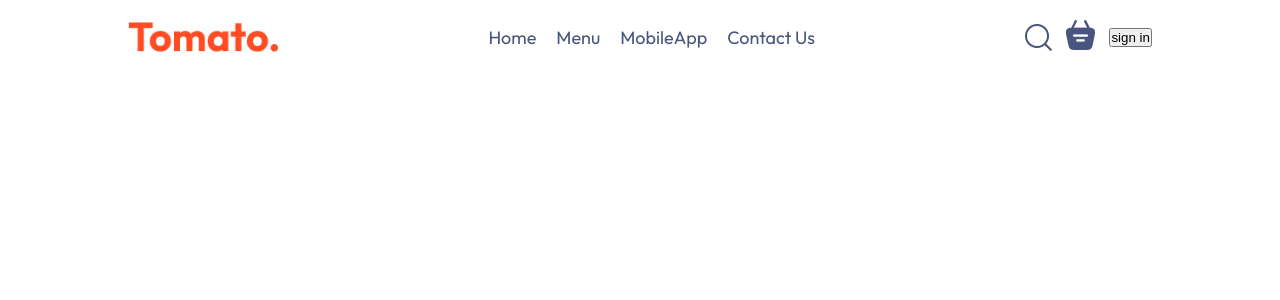
Repository: guilhermecardoso93/tomato-front-end
Page: /
These files come from the project's save history. The page is drawn as it stood at one moment and after a run of saves; the edit follows.
The browser window is 1280 px wide. The pictures show the whole page.
The project was rebuilt for these pictures with package versions that can differ from the ones it lists, and the page was loaded fresh each time. Also part of the build but not shown: vite.config.js.

Above is the page before, as saved 2024-10-25 20:09:53.

After the next 2 saves:
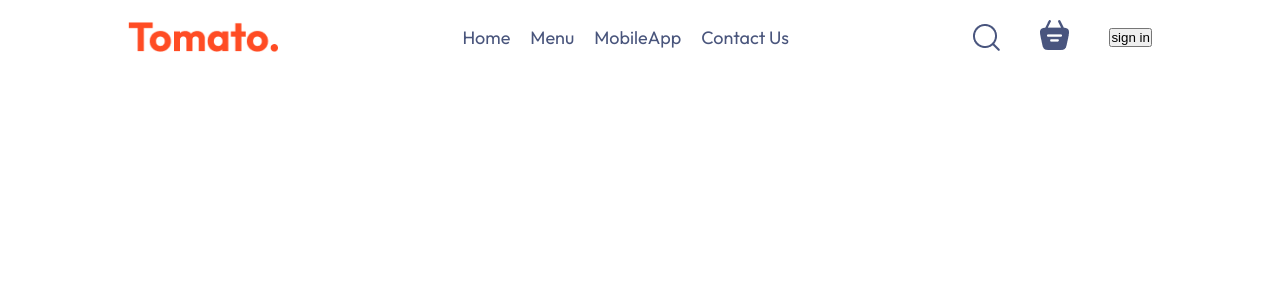
The 2 saves are shown as one change because they came seconds apart.
The last was saved 9 s later.
--- a/src/components/Navbar/styles.css
+++ b/src/components/Navbar/styles.css
@@ -19,8 +19,6 @@
 
 .navbar-right {
   display: flex;
-  display: flex;
-  justify-content: space-between;
   align-items: center;
-  gap: 14px;
+  gap: 40px;
 }
